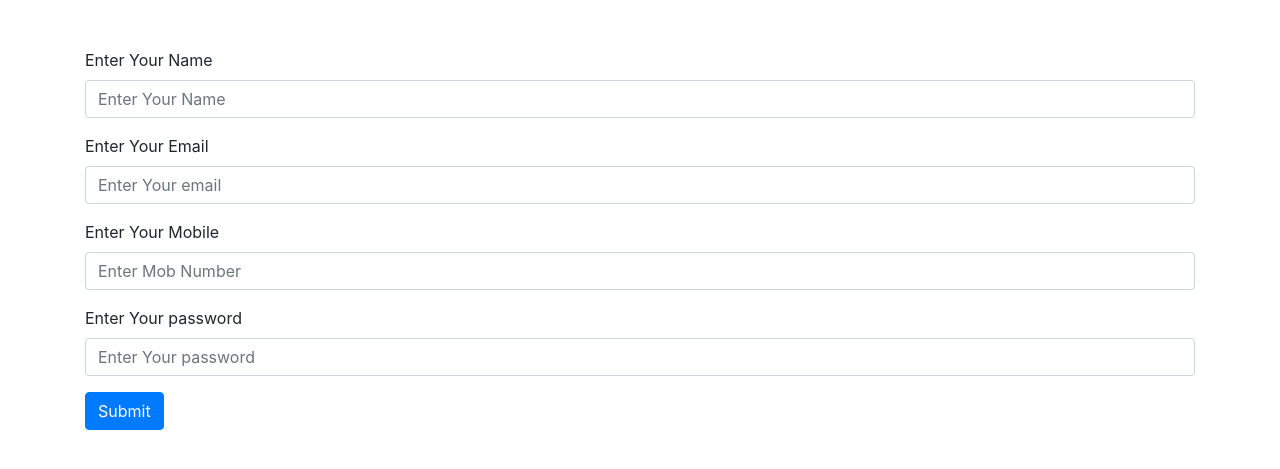
Repository: AMIT1439027/crud-app
Page: http://localhost/user.php
An editor plug-in stored every save of this project. The page is shown before and after the next save, followed by the edit.
The browser window is 1280 px wide. The pictures show the whole page.
The page is run by PHP 8.4 with error messages shown; the project is at /var/www/html/.

Above is the page before, as saved 2024-04-25 10:19:23.

### user.php
<?php
 include('connect.php');
if(isset($_POST['submit'])) {

    $name = $_POST["name "];
    $email = $_POST["email"];
    $mobile = $_POST[ 'mobile'];
    $password = $_POST['password'];

    $sql = "insert `crud (name,email, mobile,password) values('$name','$email', '$mobile','$password')";

    $result = mysqli_query($con,  $sql);

    if($result){
        echo "Date inserted ";
    }

}

?>


<!doctype html>
<html lang="en">
  <head>
    <!-- Required meta tags -->
    <meta charset="utf-8">
    <meta name="viewport" content="width=device-width, initial-scale=1, shrink-to-fit=no">

    <!-- Bootstrap CSS -->
    <link rel="stylesheet" href="https://cdn.jsdelivr.net/npm/bootstrap@4.0.0/dist/css/bootstrap.min.css" integrity="sha384-Gn5384xqQ1aoWXA+058RXPxPg6fy4IWvTNh0E263XmFcJlSAwiGgFAW/dAiS6JXm" crossorigin="anonymous">

    <title>Crud Operation</title>
  </head>
  <body>
  <div class="container my-5">

  <form method ="post">
  <div class="form-group">
    <label >Enter Your Name</label>
    <input type="text" name ="name"  class="form-control" placeholder="Enter Your Name " autocomplete="off">

  </div>

  <div class="form-group">
    <label >Enter Your Email</label>
    <input type="email" name ="email"  class="form-control" placeholder="Enter Your email ">

  </div>
  <div class="form-group">
    <label >Enter Your Mobile</label>
    <input type="text" name ="mobile"  class="form-control" placeholder="Enter Mob Number  ">

  </div>
  <div class="form-group">
    <label >Enter Your password</label>
    <input type="password" name ="password"  class="form-control" placeholder="Enter Your password">

  </div>
  <button type="submit" name ='submit' class="btn btn-primary">Submit</button>
</form>
  </div>

  </body>
</html>

### connect.php
<?php
  $con = new mysqli('localhost', 'root', 'mysql143', 'crudoperation');

  if(!$con){
    // echo " Connection successful";
    die(mysqli_error($con));
  }
//   }else{
//     die(mysqli_error($con));
//   }

?>

After the next save:
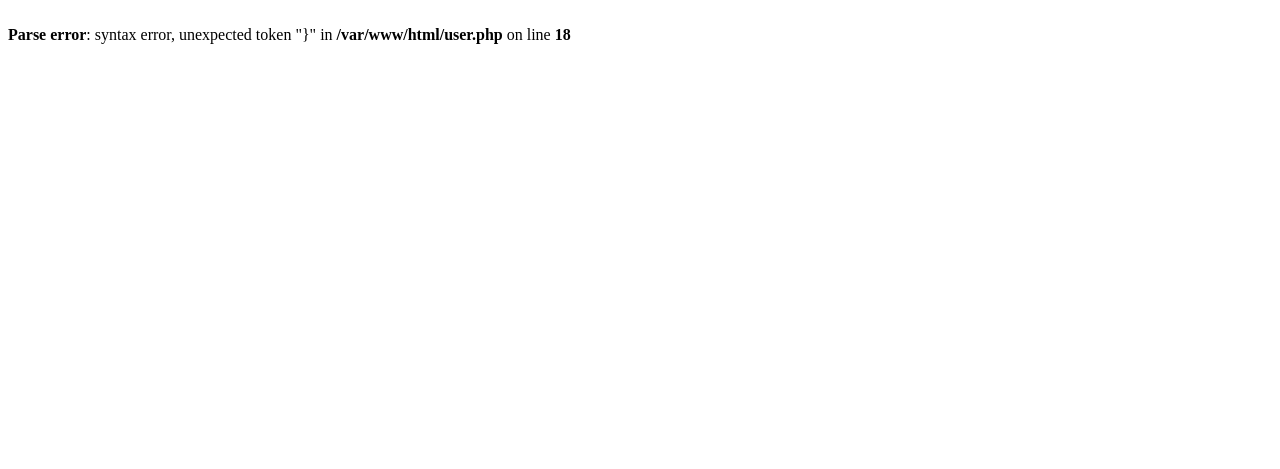
Saved 4 s later.
--- a/user.php
+++ b/user.php
@@ -13,6 +13,8 @@
 
     if($result){
         echo "Date inserted ";
+    }else{
+        m
     }
 
 }

After the 3 saves that followed:
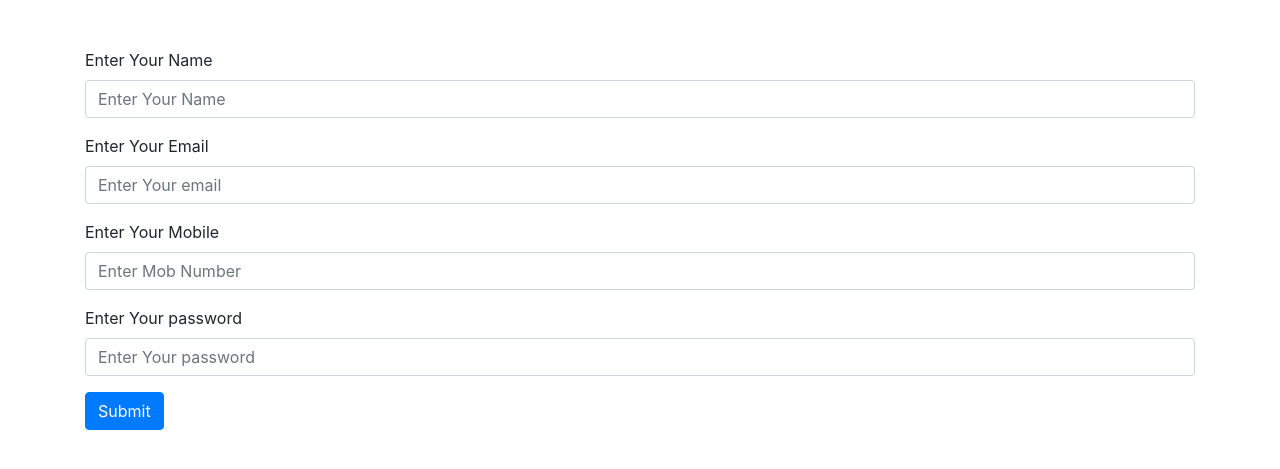
The 3 saves are shown as one change because they came seconds apart.
The last was saved 11 s later.
--- a/user.php
+++ b/user.php
@@ -14,7 +14,7 @@
     if($result){
         echo "Date inserted ";
     }else{
-        m
+        die(mysqli_error($con));
     }
 
 }
